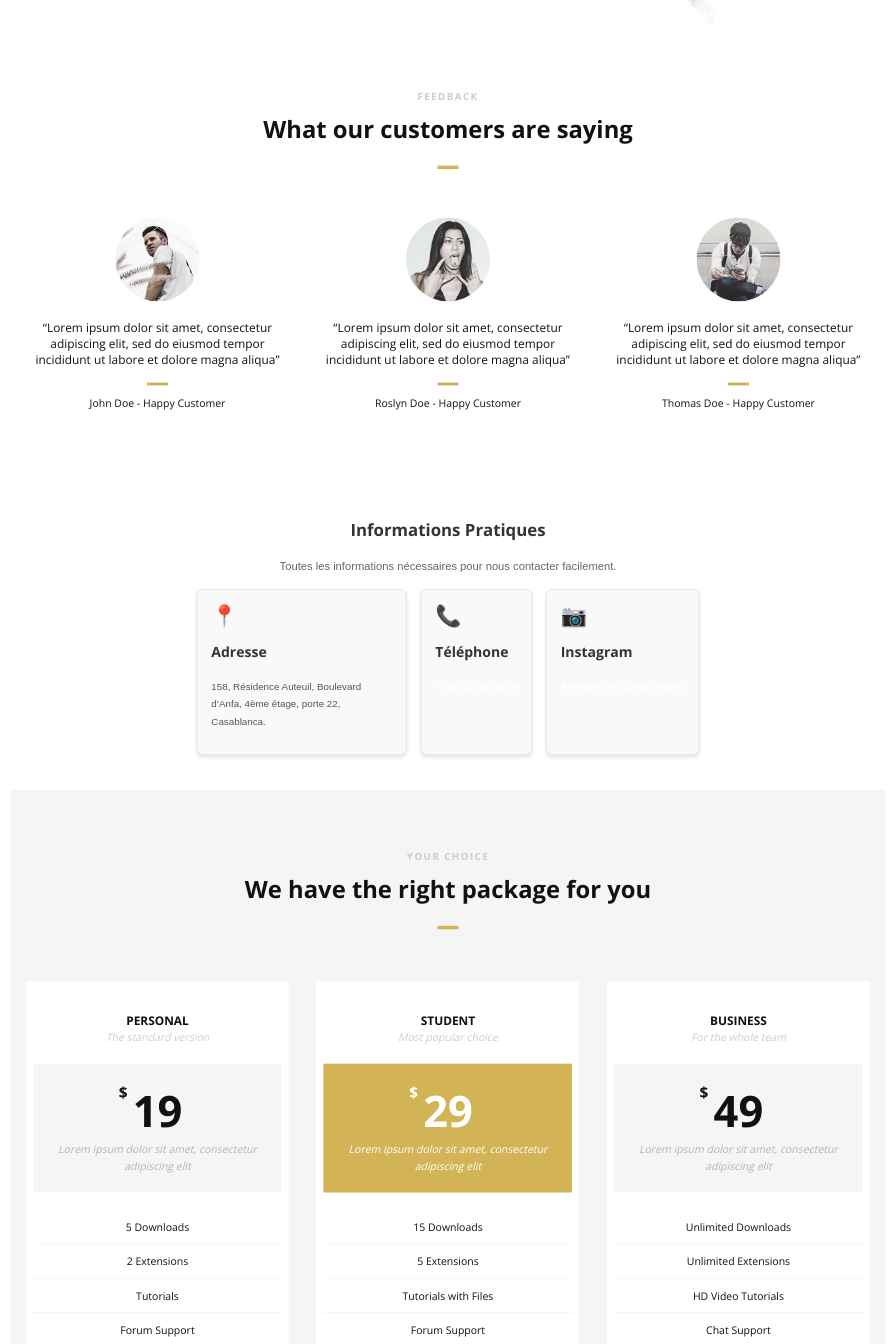
Repository: elhathoutWobz/dental-media
Page: index.html
The author's editor kept a copy of each file at every save. The page is drawn from the files as they stood at one save, then again after the next save.
The browser window is 1280 px wide. The pictures show the part of the page from y = 2882 to 4802 px (the page is 5206 px tall), at 70% of full size.

Above is the page before, as saved 2024-12-03 22:22:58.

After the next save:
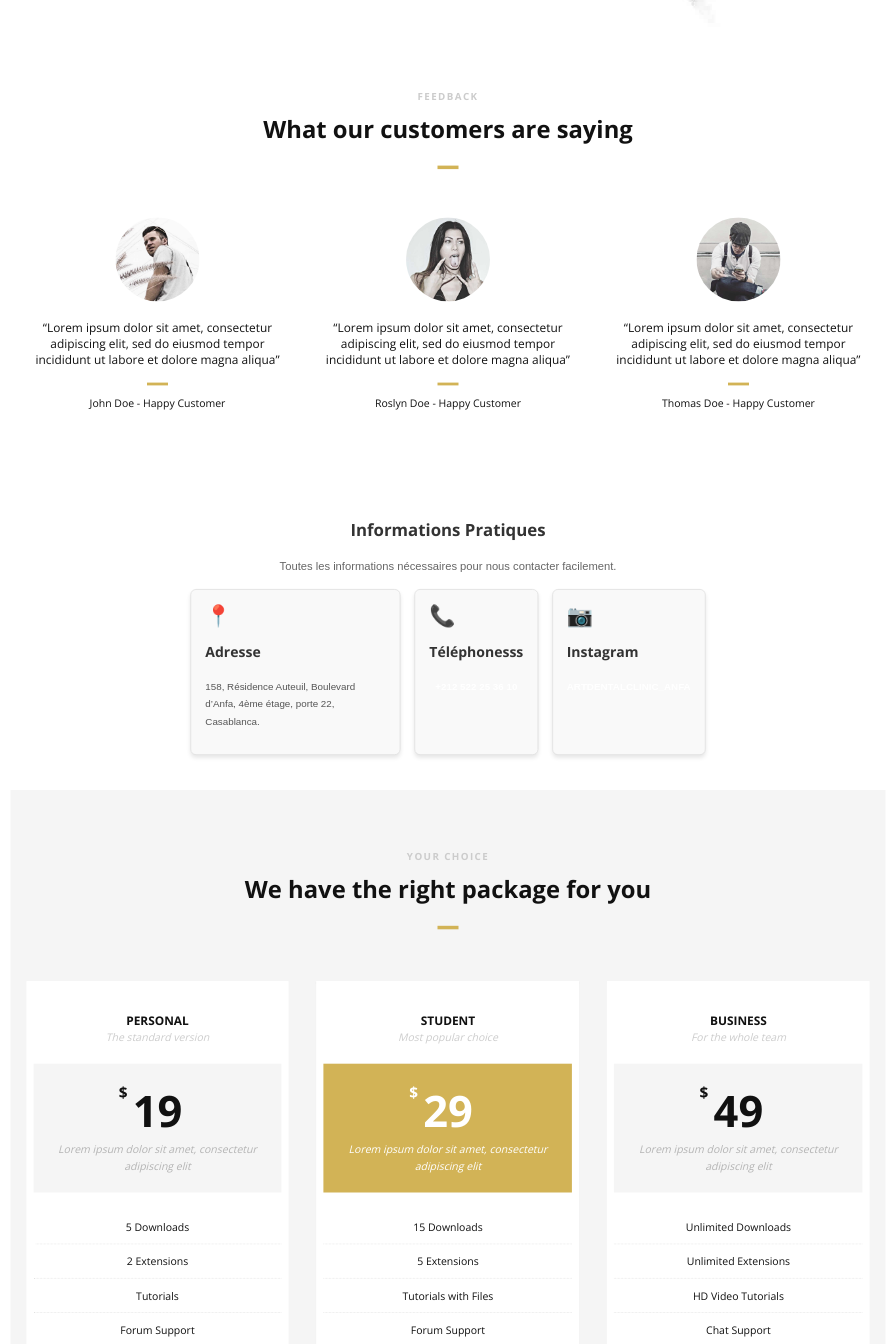
Saved 2 min 1 s later.
--- a/index.html
+++ b/index.html
@@ -377,7 +377,7 @@
                         </div>
                         <div class="contact-item">
                             <span class="icon">📞</span>
-                            <h3>Téléphone</h3>
+                            <h3>Téléphonesss</h3>
                             <p><a href="tel:+212522253610">+212 522 25 36 10</a></p>
                         </div>
                         <div class="contact-item">
